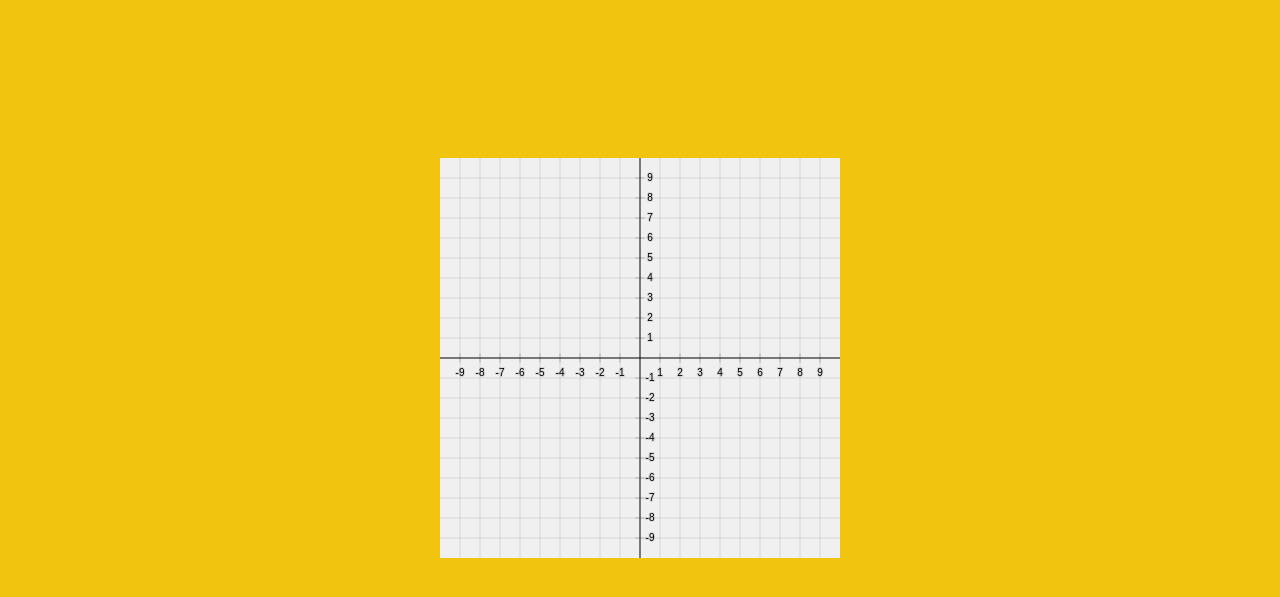
Repository: animarcus/graphing-app
Page: index.html
The author's editor kept a copy of each file at every save. The page is drawn from the files as they stood at one save, then again after the next save.
The browser window is 1280 px wide. The pictures show the whole page.
Some web libraries are served in a nearby version.

Above is the page before, as saved 2020-09-26 21:23:14.

### index.html
<!DOCTYPE html>
<html lang="en">
<head>
  <link rel="apple-touch-icon"sizes="180x180"href="/icons/apple-touch-icon.png">
  <link rel="icon"type="image/png"sizes="32x32"href="/icons/favicon-32x32.png">
  <link rel="icon"type="image/png"sizes="16x16"href="/icons/favicon-16x16.png">
  <link rel="manifest"href="/icons/site.webmanifest">

  <link rel="stylesheet" href="css/style.css">
  <meta charset="UTF-8">
  <meta name="viewport" content="width=device-width, initial-scale=1.0, maximum-scale=1.0, user-scalable=0">
  <title>PLACEHOLDER</title>

  <script type="text/javascript" src="https://cdn.jsdelivr.net/npm/p5@1.1.4/lib/p5.min.js"></script>
  <script src="js/sketch.js"></script>
</head>
<body>
  <div id="canvas1"></div>
</body>
</html>

### css/style.css
* {
  cursor: default;
  /* -webkit-touch-callout: none;
  -webkit-user-select: none;
  -khtml-user-select: none;
  -moz-user-select: none;
  -ms-user-select: none;
  user-select: none; */
}
body {
  background: #f1c40f;
  height: 100%;
  overflow-y: hidden;
  overflow-x: hidden;
  /* border-radius: 50%; */
}

#canvas1 {
  position: absolute;
  top:50%;
  left:50%;
  transform: translate(-50%,-50%);
}

### js/sketch.js

let canvasW = 400;
let canvasH = 400;
let cellW = 20;

function setup() {
  let canvas = createCanvas(canvasW,canvasH);
  canvas.parent("canvas1");

  background(240);
  translate(canvasW/2, canvasH/2);

  stroke('rgba(0%, 0%, 0%, 1)');
  line(-canvasW/2, 0, canvasW/2, 0);
  line(0, -canvasH/2, 0, canvasH/2);

  stroke('rgba(0%, 0%, 0%, 0.1)');
  textAlign(CENTER, BOTTOM);
  textSize(cellW/2);
  for (let x = -canvasW/2; x < canvasW/2; x += cellW) {
    if (x === -canvasW/2 || x === canvasW/2 || x === 0) {
      continue;
    }
    let currentX = round(x/cellW);
    strokeWeight(1);
    line(x, -canvasH/2, x, canvasH/2);
    strokeWeight(2);
    line(x, -cellW/5, x, cellW/5);
    text(currentX, x, cellW);
  }
  textAlign(CENTER, CENTER);
  for (let y = -canvasH/2; y < canvasH/2; y += cellW) {
    if (y === -canvasH/2 || y === canvasH/2 || y === 0) {
      continue;
    }
    let currentY = round(-y/cellW);
    strokeWeight(1);
    line(-canvasW/2, y, canvasW/2, y);
    strokeWeight(2);
    line(-cellW/5, y, cellW/5, y);
    text(currentY, cellW/2, y);
  }
}


function draw() {
  fill(color("green"));
  drawHandlers.drawGrid();
}


let drawHandlers = {
  drawGrid : function() {

  }
};

After the next save:
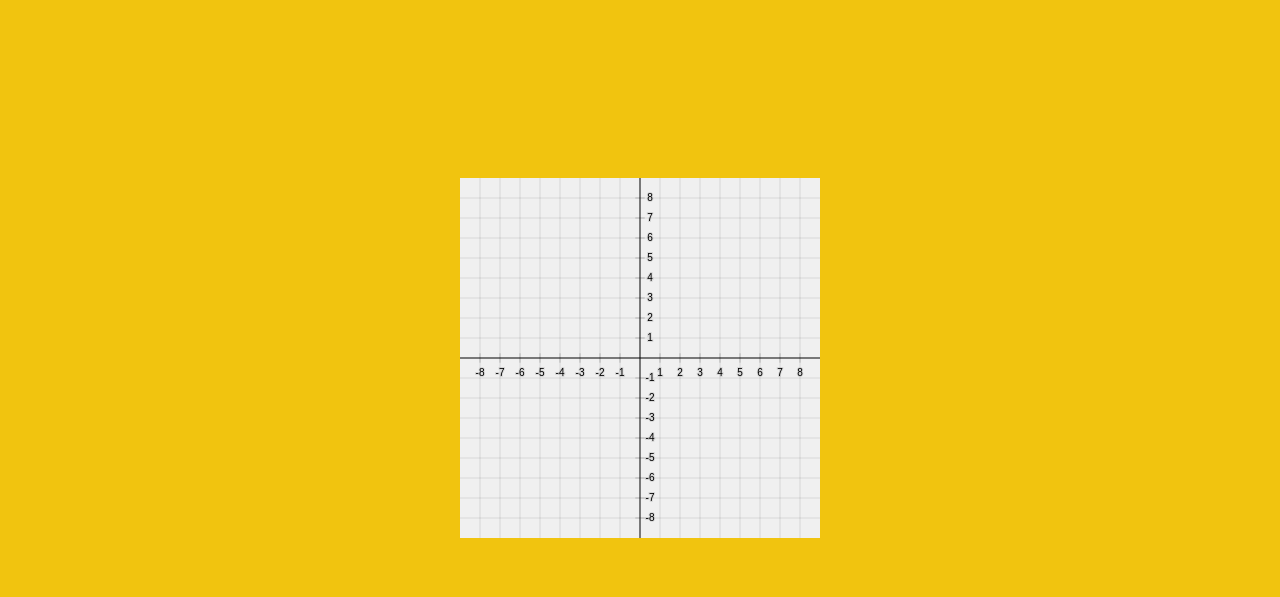
Saved 8 s later.
--- a/js/sketch.js
+++ b/js/sketch.js
@@ -1,6 +1,6 @@
 
-let canvasW = 400;
-let canvasH = 400;
+let canvasW = 360;
+let canvasH = 360;
 let cellW = 20;
 
 function setup() {
